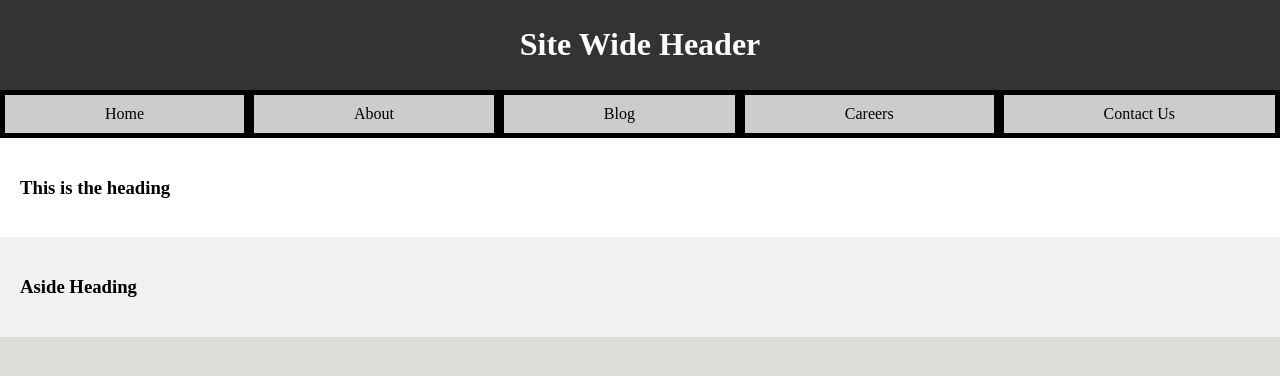
Repository: ayeza-baseer/AssignmentFlexbox
Page: assignment.html
An editor plug-in stored every save of this project. The page is shown before and after the next save, followed by the edit.
The browser window is 1280 px wide. The pictures show the whole page.

Above is the page before, as saved 2023-03-17 14:15:07.

After the next save:
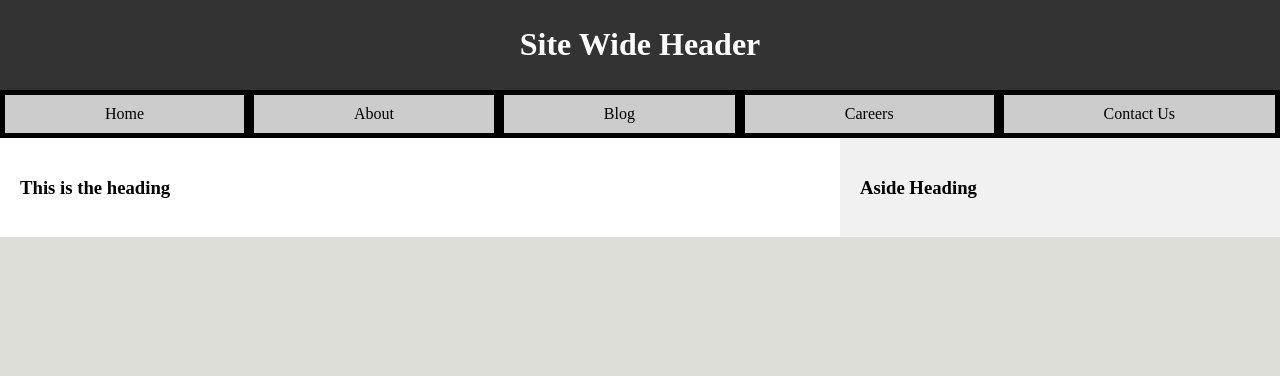
Saved 19 s later.
--- a/assignment.css
+++ b/assignment.css
@@ -43,14 +43,14 @@
 
 
   .aside {
-    flex: 30%;
+    flex: 1;
     background-color: #f1f1f1;
     padding: 20px;
   }
 
   /* Main column */
   .main {
-    flex: 70%;
+    flex: 2;
     background-color: white;
     padding: 20px;
   }

After the save that followed:
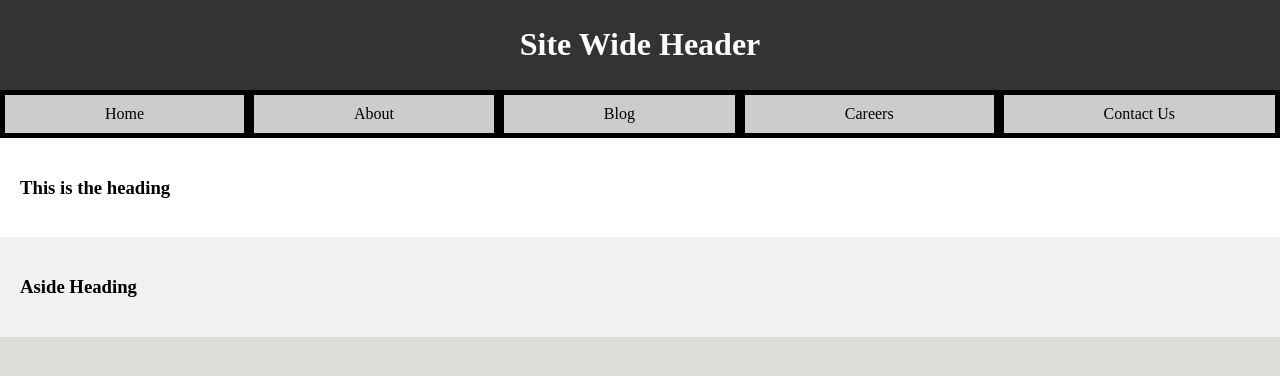
Saved 80 s later.
--- a/assignment.css
+++ b/assignment.css
@@ -43,14 +43,14 @@
 
 
   .aside {
-    flex: 1;
+    flex: 1 1 70%;
     background-color: #f1f1f1;
     padding: 20px;
   }
 
   /* Main column */
   .main {
-    flex: 2;
+    flex: 1 1 30%;
     background-color: white;
     padding: 20px;
   }
